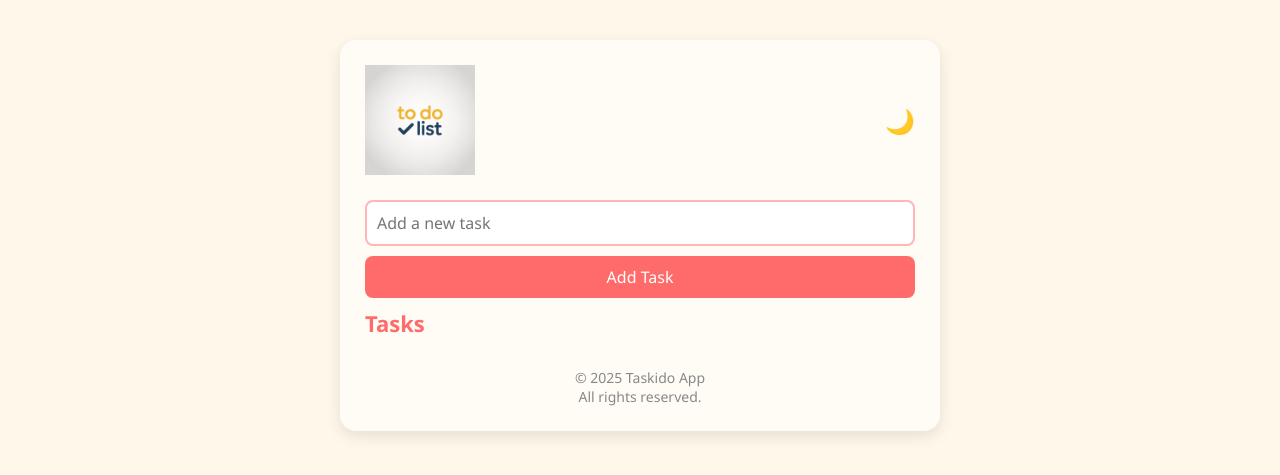
Repository: MenaEldeeb/To-Do-Iist
Page: index.html
These files come from the project's save history. The page is drawn as it stood at one moment and after the next save; the edit follows.
The browser window is 1280 px wide. The pictures show the whole page.

Above is the page before, as saved 2025-07-20 22:52:04.

### index.html
<!DOCTYPE html>
<html lang="en">
<head>
  <meta charset="UTF-8" />
  <meta name="viewport" content="width=device-width, initial-scale=1.0"/>
  <title>Taskido</title>
  <link rel="stylesheet" href="./css/styles.css" />
</head>
<body>
  <div id="container">
    <header id="hd">
      <img id="logo" src="images/to do list.png" alt="App Logo" />
      <button id="dark-mode-toggle">🌙</button>
    </header>

    <main id="mn">
      <section id="mn__sect01">
        <input type="text" id="task-input" placeholder="Add a new task" />
        <button id="add-task-btn">Add Task</button>
        <p id="error-msg" class="error-msg hidden">Please enter a task!</p>
      </section>

      <section id="mn__sect02">
        <h2>Tasks</h2>
        <ol id="task-list"></ol>
      </section>
    </main>

    <footer id="ft">
      <p>© 2025 Taskido App</p>
      <p>All rights reserved.</p>
    </footer>
  </div>

  <script src="./js/app.js"></script>
</body>
</html>

### css/styles.css
* {
  margin: 0;
  padding: 0;
  box-sizing: border-box;
  font-family: "Segoe UI", sans-serif;
}

body {
  background-color: #fff7e9;
  color: #333;
}

#container {
  max-width: 600px;
  margin: 40px auto;
  padding: 25px;
  background-color: #fffbf5;
  border-radius: 16px;
  box-shadow: 0 5px 15px rgba(0, 0, 0, 0.1);
  transition: background-color 0.3s ease, color 0.3s ease;
}

header#hd {
  display: flex;
  justify-content: space-between;
  align-items: center;
  margin-bottom: 25px;
}

#logo {
  width: 110px;
}

#dark-mode-toggle {
  background: none;
  border: none;
  cursor: pointer;
  font-size: 24px;
}

#task-input {
  width: 100%;
  padding: 10px;
  border: 2px solid #ffb6b6;
  border-radius: 8px;
  margin-bottom: 10px;
  font-size: 16px;
}

#add-task-btn {
  width: 100%;
  padding: 10px;
  background-color: #ff6b6b;
  color: white;
  border: none;
  font-size: 16px;
  border-radius: 8px;
  cursor: pointer;
  margin-bottom: 10px;
}

#add-task-btn:hover {
  background-color: #ff4b5c;
}

#mn__sect02 h2 {
  font-size: 22px;
  color: #ff6b6b;
  margin-bottom: 10px;
}

#task-list {
  list-style-type: none;
  padding-left: 0;
}

.task-item {
  background-color: #fff5f5;
  padding: 14px;
  margin-bottom: 12px;
  border-radius: 12px;
  box-shadow: 0 4px 10px rgba(0, 0, 0, 0.05);
  transition: background-color 0.3s ease, transform 0.2s ease;
}

.task-item:hover {
  background-color: #ffecec;
  transform: scale(1.01);
}

.task-item span {
  display: block;
  font-size: 18px;
  margin-bottom: 10px;
}

.task-item.completed span {
  text-decoration: line-through;
  color: #999;
  opacity: 0.7;
}

.complete-btn,
.remove-btn {
  padding: 8px 10px;
  margin-right: 10px;
  border: none;
  border-radius: 6px;
  cursor: pointer;
  font-size: 14px;
}

.complete-btn {
  background-color: #6bcb77;
  color: white;
}

.remove-btn {
  background-color: #ffd93d;
  color: #333;
}

.error-msg {
  color: #ff4b5c;
  font-size: 14px;
  font-weight: 600;
}

.hidden {
  display: none;
}

footer#ft {
  text-align: center;
  font-size: 14px;
  margin-top: 30px;
  color: #888;
}

/* Dark Mode */
#container.dark-mode {
  background-color: #1e1e2f;
  color: #eee;
}

#container.dark-mode #task-input {
  background-color: #333;
  border-color: #555;
  color: #eee;
}

#container.dark-mode #task-input::placeholder {
  color: #aaa;
}

#container.dark-mode #add-task-btn {
  background-color: #4a90e2;
}

#container.dark-mode #mn__sect02 h2 {
  color: #4a90e2;
}

#container.dark-mode .task-item {
  background-color: #2c2c3e;
}

#container.dark-mode .task-item:hover {
  background-color: #3a3a52;
}

#container.dark-mode .task-item span {
  color: #eee;
}

#container.dark-mode .error-msg {
  color: #ff6b6b;
}

/* Mobile */
@media (max-width: 600px) {
  #task-input,
  #add-task-btn {
    width: 100%;
  }

  .task-item span {
    font-size: 16px;
  }

  .complete-btn,
  .remove-btn {
    width: 100%;
    margin: 5px 0 0 0;
  }
}

/* Tablet */
@media (min-width: 601px) and (max-width: 1024px) {
  #task-input {
    width: 65%;
  }

  #add-task-btn {
    width: 30%;
    margin-left: 5%;
  }

  .task-item {
    flex-direction: column;
  }
}

### js/app.js
const taskInput = document.getElementById('task-input');
const addButton = document.getElementById('add-task-btn');
const taskList = document.getElementById('task-list');
const errorMsg = document.getElementById('error-msg');
const darkToggle = document.getElementById('dark-mode-toggle');
const container = document.getElementById('container');

let tasks = [];

function renderTasks() {
  taskList.innerHTML = '';
  tasks.forEach(task => {
    const li = document.createElement('li');
    li.className = 'task-item';
    if (task.completed) li.classList.add('completed');

    const span = document.createElement('span');
    span.textContent = task.text;

    const completeBtn = document.createElement('button');
    completeBtn.textContent = 'Complete';
    completeBtn.className = 'complete-btn';
    completeBtn.onclick = () => toggleTask(task.id);

    const removeBtn = document.createElement('button');
    removeBtn.textContent = 'X';
    removeBtn.className = 'remove-btn';
    removeBtn.onclick = () => removeTask(task.id);

    li.appendChild(span);
    li.appendChild(completeBtn);
    li.appendChild(removeBtn);

    taskList.appendChild(li);
  });
}

function addTask(text) {
  const newTask = {
    id: Date.now(),
    text,
    completed: false
  };
  tasks.push(newTask);
  renderTasks();
}

function toggleTask(id) {
  tasks = tasks.map(task =>
    task.id === id ? { ...task, completed: !task.completed } : task
  );
  renderTasks();
}

function removeTask(id) {
  tasks = tasks.filter(task => task.id !== id);
  renderTasks();
}

addButton.addEventListener('click', () => {
  const value = taskInput.value.trim();
  if (value === '') {
    errorMsg.classList.remove('hidden');
    return;
  }
  errorMsg.classList.add('hidden');
  addTask(value);
  taskInput.value = '';
});

taskInput.addEventListener('input', () => {
  if (taskInput.value.trim() !== '') {
    errorMsg.classList.add('hidden');
  }
});

darkToggle.addEventListener('click', () => {
  container.classList.toggle('dark-mode');
});

After the next save:
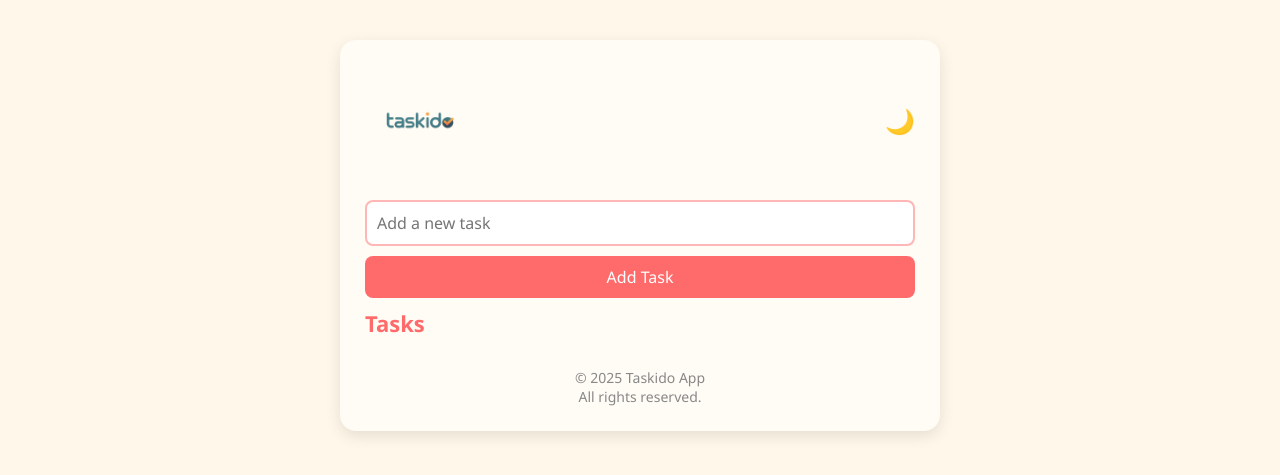
Saved 99 s later.
--- a/index.html
+++ b/index.html
@@ -9,7 +9,7 @@
 <body>
   <div id="container">
     <header id="hd">
-      <img id="logo" src="images/to do list.png" alt="App Logo" />
+      <img id="logo" src="images/logo-trans.png" alt="App Logo" />
       <button id="dark-mode-toggle">🌙</button>
     </header>
 
